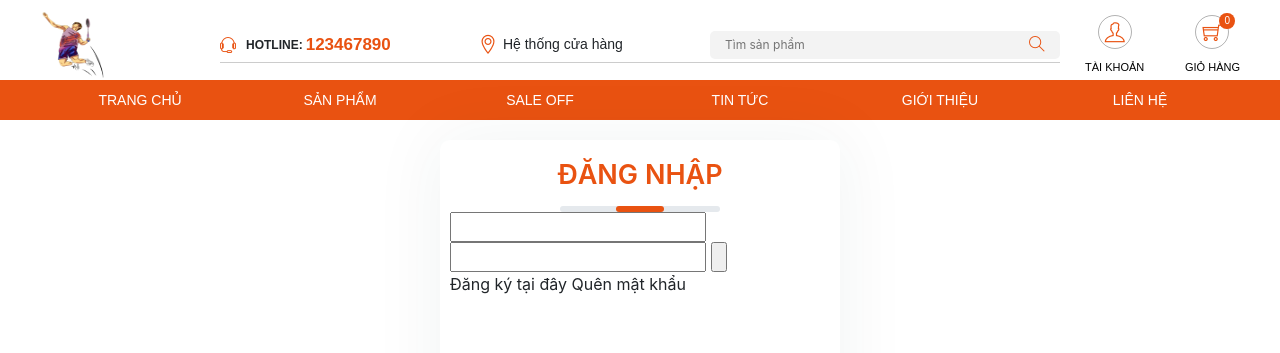
Repository: Namtran3107/CauLongSo1
Page: login.html
These files come from the project's save history. The page is drawn as it stood at one moment and after the next save; the edit follows.
The browser window is 1280 px wide. The pictures show the whole page.

Above is the page before, as saved 2022-12-11 14:16:53.

After the next save:
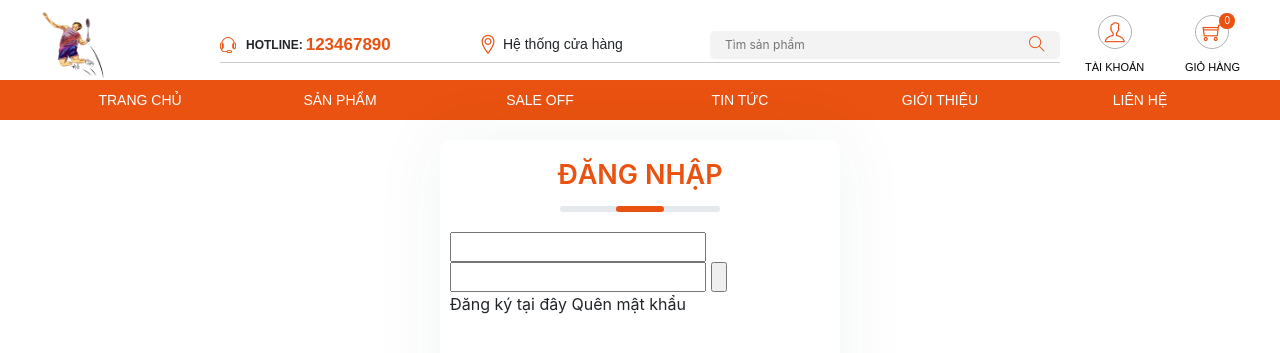
Saved 31 s later.
--- a/login.css
+++ b/login.css
@@ -44,3 +44,6 @@
     background-color: var(--color-website);
     border-radius: 10px;
 }
+.login-input-list{
+    margin-top: 20px;
+}
